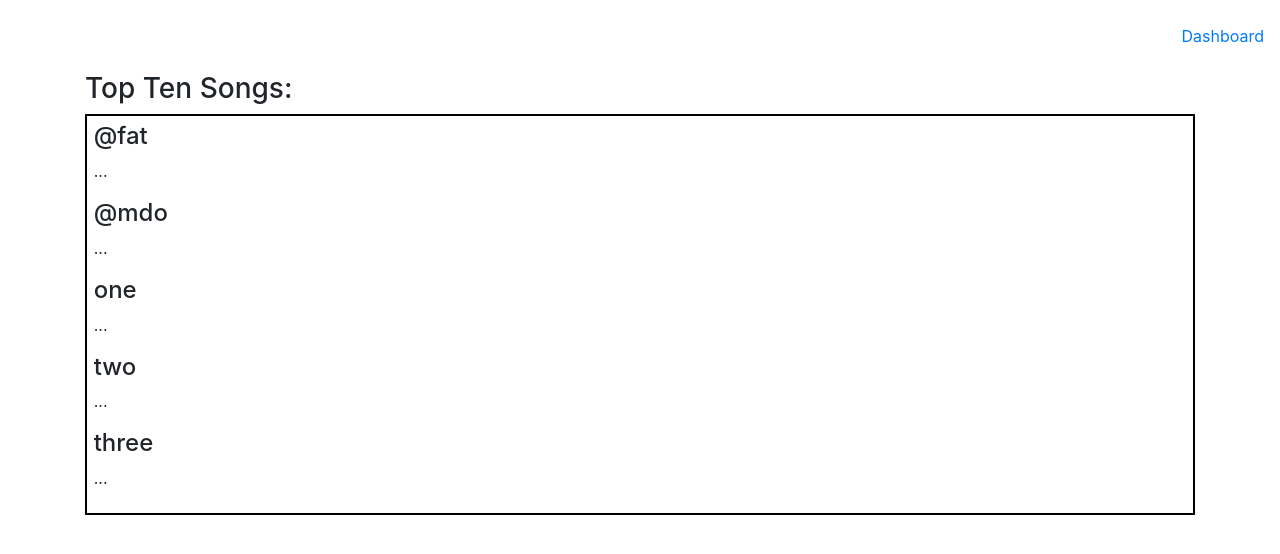
Repository: ACow3/java
Page: http://localhost/lookify/WEB-INF/lookify/topTen.jsp
An editor plug-in stored every save of this project. The page is shown before and after the next save, followed by the edit.
The browser window is 1280 px wide. The pictures show the whole page.
The page is served by Tomcat 9. Nobody is signed in. Other server files are loaded and not shown. The template is opened directly, without the code that normally fills it, so the values that code supplies are empty.

Above is the page before, as saved 2019-08-15 22:44:14.

### java_spring/lookify/src/main/webapp/WEB-INF/lookify/topTen.jsp
<%@ page language="java" contentType="text/html; charset=UTF-8"
	pageEncoding="UTF-8"%>
<%@ page isErrorPage="true"%>
<%@taglib prefix="c" uri="http://java.sun.com/jsp/jstl/core"%>
<link rel="stylesheet"
	href="https://stackpath.bootstrapcdn.com/bootstrap/4.3.1/css/bootstrap.min.css"
	integrity="sha384-ggOyR0iXCbMQv3Xipma34MD+dH/1fQ784/j6cY/iJTQUOhcWr7x9JvoRxT2MZw1T"
	crossorigin="anonymous">
<!DOCTYPE html>
<html>
<head>
<meta charset="UTF-8">
<title>Top Ten</title>
<style>
.topTen {
	min-width: 300px;
	min-height: 200px;
	padding: 5pt;
	border: 2px solid black;
}
</style>
</head>
<body>
	<nav class="navbar navbar-expand-lg navbar-light bg-white mt-3 mb-3">
		<a class="navbar-brand" href="#"></a>
		<button class="navbar-toggler" type="button" data-toggle="collapse"
			data-target="#navbarTogglerDemo02"
			aria-controls="navbarTogglerDemo02" aria-expanded="false"
			aria-label="Toggle navigation">
			<span class="navbar-toggler-icon"></span>
		</button>

		<div class="collapse navbar-collapse" id="navbarTogglerDemo02">
			<ul class="navbar-nav mr-auto mt-2 mt-lg-0">
				<li class="nav-item active"><a class="nav-link"
					href="/songs/new"><span class="sr-only">(current)</span> </a></li>
				<li class="nav-item"><a class="nav-link" href="#"></a></li>
			</ul>
			<a class="form-inline my-2 my-lg-0" href="/dashboard">Dashboard</a>

		</div>
	</nav>
	<div class="container">
		<h3>Top Ten Songs:</h3>
		<div class="topTen">
			<div data-spy="scroll" data-target="#navbar-example2" data-offset="0">
				<h4 id="fat">@fat</h4>
				<p>...</p>
				<h4 id="mdo">@mdo</h4>
				<p>...</p>
				<h4 id="one">one</h4>
				<p>...</p>
				<h4 id="two">two</h4>
				<p>...</p>
				<h4 id="three">three</h4>
				<p>...</p>
			</div>
		</div>
	</div>
</body>
</html>

After the next save:
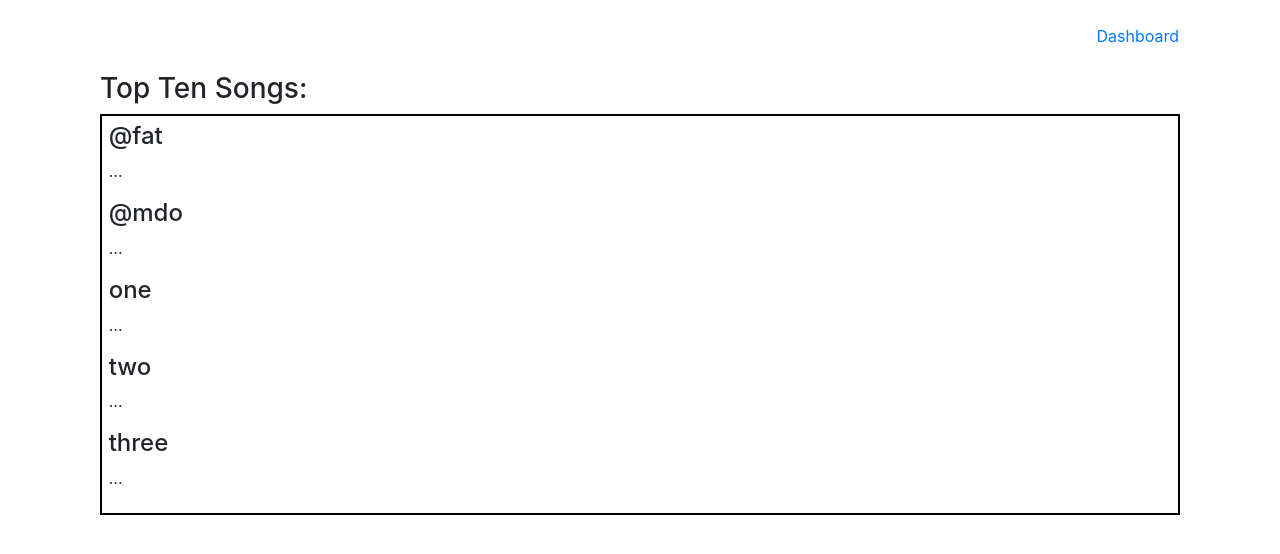
Saved 15 s later.
--- a/java_spring/lookify/src/main/webapp/WEB-INF/lookify/topTen.jsp
+++ b/java_spring/lookify/src/main/webapp/WEB-INF/lookify/topTen.jsp
@@ -21,6 +21,7 @@
 </style>
 </head>
 <body>
+<div class="container">
 	<nav class="navbar navbar-expand-lg navbar-light bg-white mt-3 mb-3">
 		<a class="navbar-brand" href="#"></a>
 		<button class="navbar-toggler" type="button" data-toggle="collapse"
